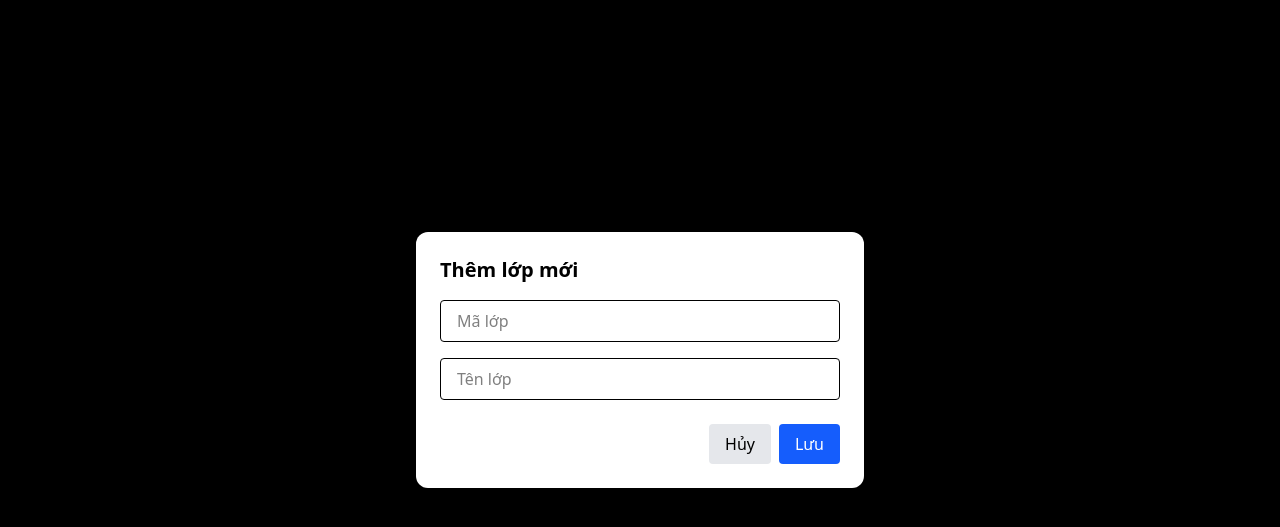
Repository: nguynd/GR1Attendance
Page: / (app in fe/), after clicking the first element matching `button.px-4`
The author's editor kept a copy of each file at every save. The page is drawn from the files as they stood at one save, then again after the next save.
The browser window is 1280 px wide. The pictures show the whole page.
Pictures or frames that could not be fetched are drawn as grey boxes. The page's requests for data from a server got no answer. The project was rebuilt for these pictures with package versions that can differ from the ones it lists, and the page was loaded fresh each time. No one was signed in, and anything a server would have sent is missing. Also part of the build but not shown: fe/vite.config.js.

Above is the page before, as saved 2025-05-24 19:28:07.

After the next save:
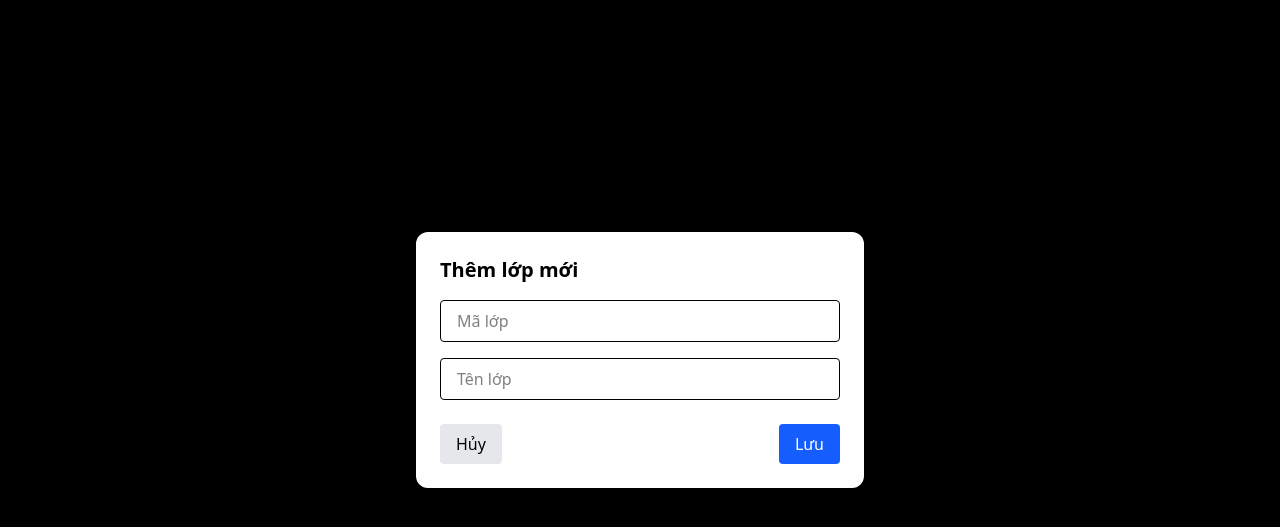
Saved 77 s later.
--- a/fe/src/components/EditClass.jsx
+++ b/fe/src/components/EditClass.jsx
@@ -1,4 +1,5 @@
 import React, { useState } from "react";
+import { deleteClass } from "../services/classAPI";
 
 export default function EditClass({ onClose, onSave, defaultData }) {
   const [classCode, setClassCode] = useState(defaultData?.class_code || "");
@@ -8,6 +9,13 @@ export default function EditClass({ onClose, onSave, defaultData }) {
     e.preventDefault();
     onSave({ class_code: classCode, class_name: className });
     onClose();
+  };
+
+  const handleDelete = async () => {
+    if (window.confirm("Bạn có chắc muốn xoá lớp này?")) {
+      await deleteClass(defaultData.id);
+      onClose();
+    }
   };
 
   return (
@@ -33,13 +41,24 @@ export default function EditClass({ onClose, onSave, defaultData }) {
             className="w-full border rounded px-4 py-2"
             required
           />
-          <div className="flex justify-end gap-2 pt-2">
+          <div className="flex justify-between items-center pt-2">
             <button type="button" onClick={onClose} className="px-4 py-2 bg-gray-200 rounded">
               Hủy
             </button>
-            <button type="submit" className="px-4 py-2 bg-blue-600 text-white rounded">
-              Lưu
-            </button>
+            <div className="flex gap-2">
+              {defaultData && (
+                <button
+                  type="button"
+                  onClick={handleDelete}
+                  className="px-4 py-2 bg-red-600 text-white rounded"
+                >
+                  Xoá
+                </button>
+              )}
+              <button type="submit" className="px-4 py-2 bg-blue-600 text-white rounded">
+                Lưu
+              </button>
+            </div>
           </div>
         </form>
       </div>
